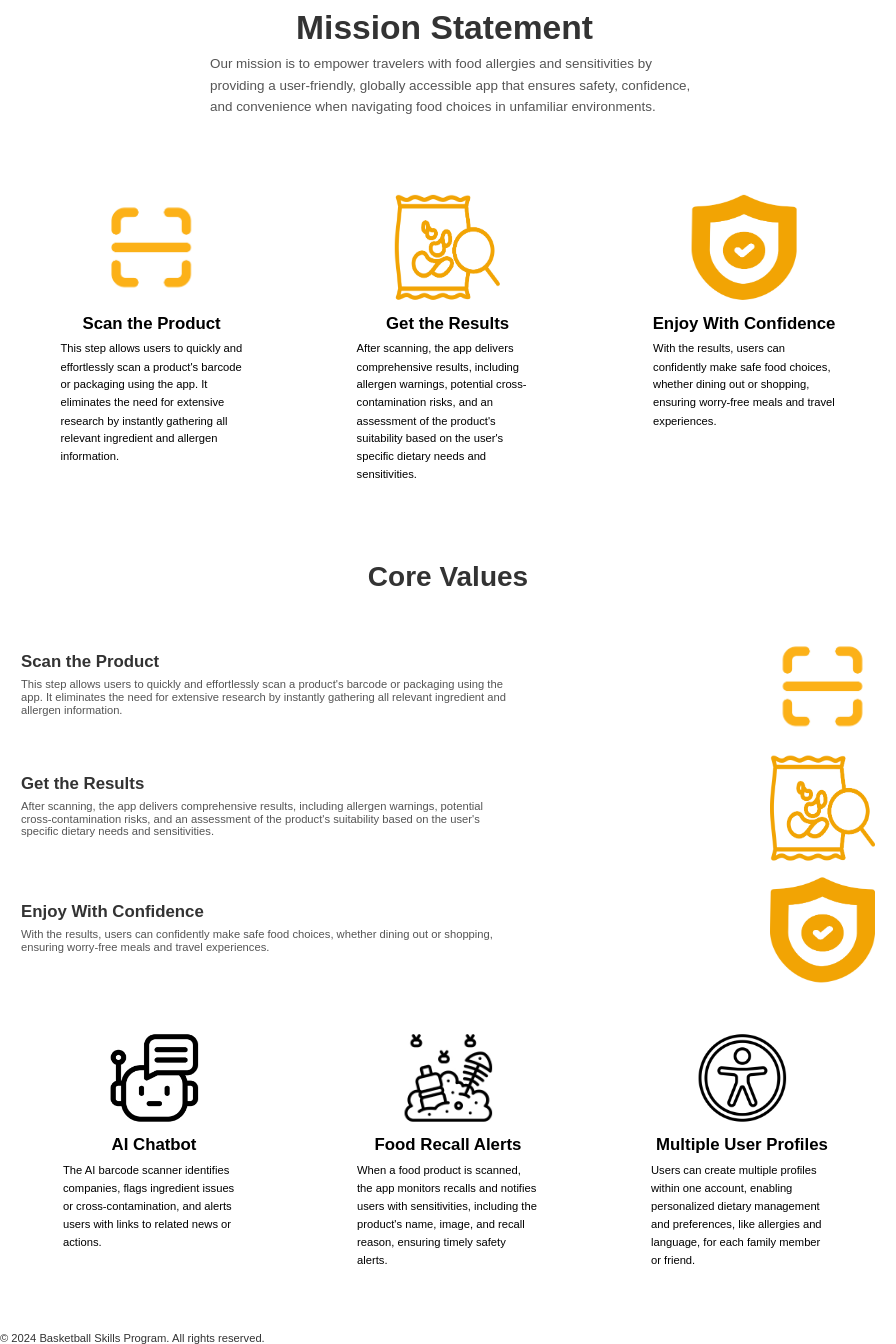
Repository: GavinPahal/landingpage
Page: /
An editor plug-in stored every save of this project. The page is shown before and after a run of saves, followed by the edit.
The browser window is 1280 px wide. The pictures show the part of the page from y = 759 to 2679 px (the page is 2679 px tall), at 70% of full size.
The project was rebuilt for these pictures with package versions that can differ from the ones it lists, and the page was loaded fresh each time. The framework's server and built-in components were replaced by stand-ins that run in the browser. Also part of the build but not shown: next.config.mjs.

Above is the page before, as saved 2024-11-28 18:56:56.

After the next 2 saves:
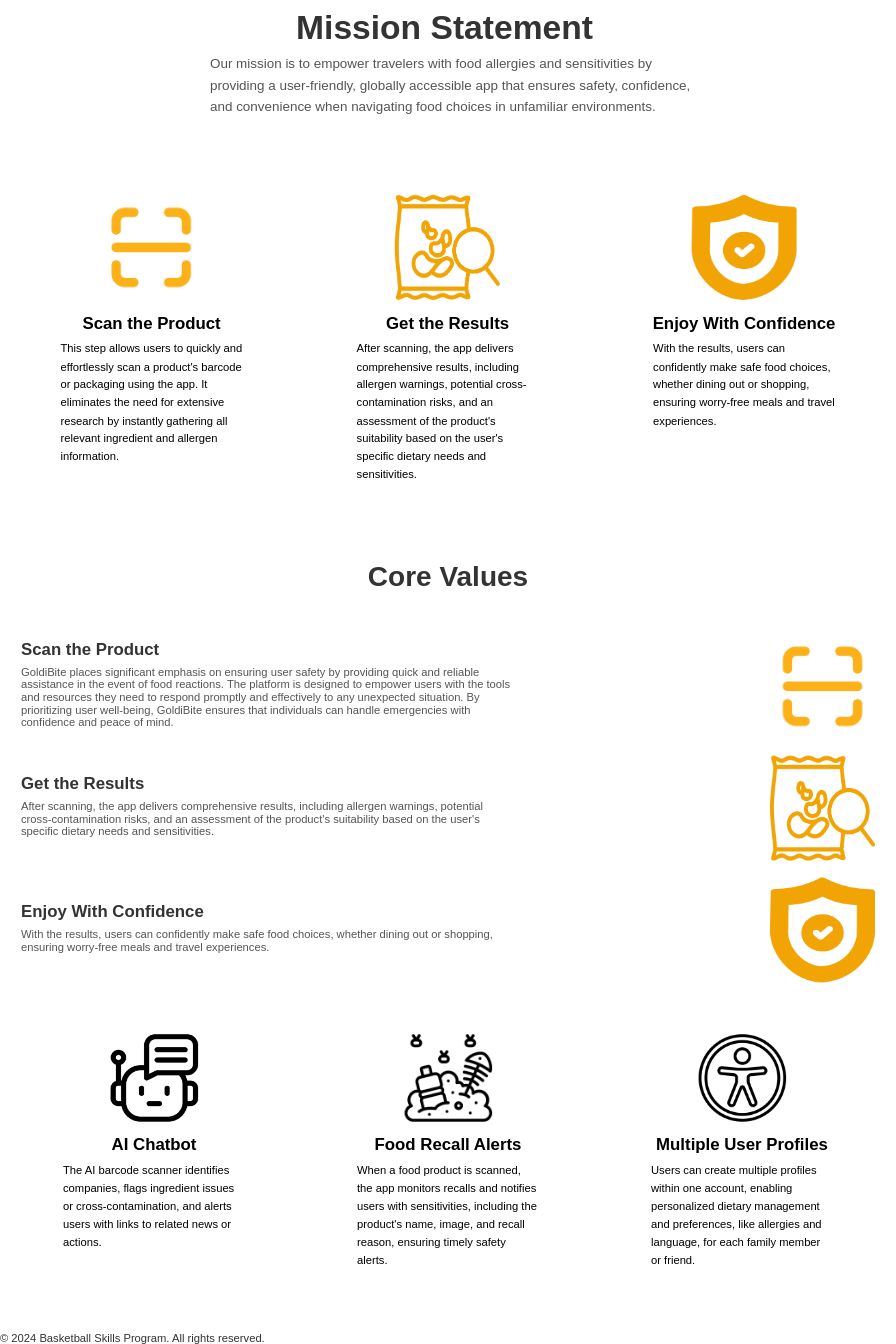
The 2 saves are shown as one change because they came seconds apart.
The last was saved 19 s later.
--- a/components/Value.js
+++ b/components/Value.js
@@ -12,8 +12,8 @@ export default function Features() {
           <div className="textContent">
             <h3>Scan the Product</h3>
             <p>
-              This step allows users to quickly and effortlessly scan a product's barcode or packaging using the app.
-              It eliminates the need for extensive research by instantly gathering all relevant ingredient and allergen information.
+            GoldiBite places significant emphasis on ensuring user safety by providing quick and reliable assistance in the event of food reactions. The platform is designed to empower users with the tools and resources they need to respond promptly and effectively to any unexpected situation. By prioritizing user well-being,
+             GoldiBite ensures that individuals can handle emergencies with confidence and peace of mind.
             </p>
           </div>
           <div className="imageContent">
